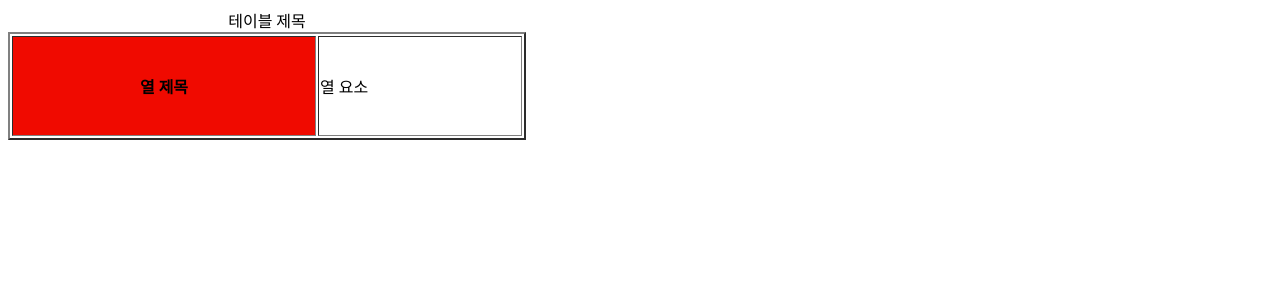
Repository: Leewonhoo/kostaweb
Page: Web_hello/WebContent/table.html
The author's editor kept a copy of each file at every save. The page is drawn from the files as they stood at one save, then again after the next save.
The browser window is 1280 px wide. The pictures show the whole page.

Above is the page before, as saved 2017-09-08 05:24:40.

After the next save:
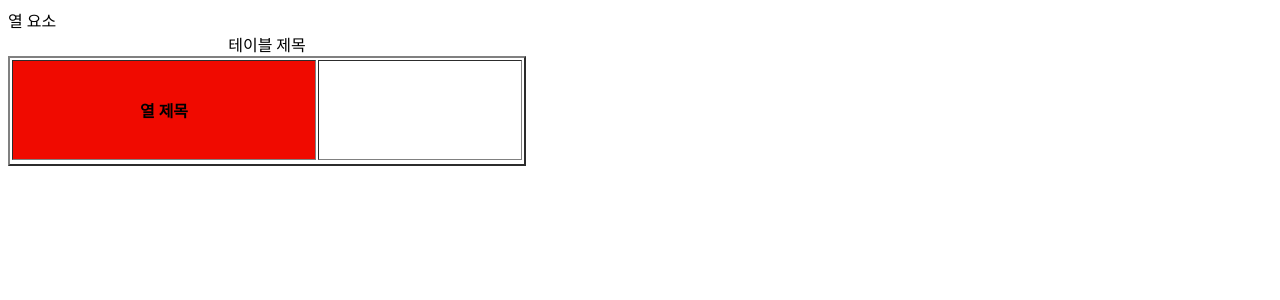
Saved 3 min 32 s later.
--- a/Web_hello/WebContent/table.html
+++ b/Web_hello/WebContent/table.html
@@ -6,13 +6,13 @@
 </head>
 <body>
 	<!-- 테이블 -->
-	<table border="2"> <!-- 테이블 굵기 -->
+	<table border="2">
+		<!-- 테이블 굵기 -->
 		<caption>테이블 제목</caption>
-		<tr height="100px"> <!-- 테이블 행  -->
+		<tr height="100px">
+			<!-- 테이블 행  -->
 			<th width="300px" bgcolor="#F00A0">열 제목</th>
-			<td width="200px"
-			>열 요소</td>
-		</tr>
-	</table>
+			<td width="200px">
+		<tr>열 요소</table>
 </body>
 </html>

After the save that followed:
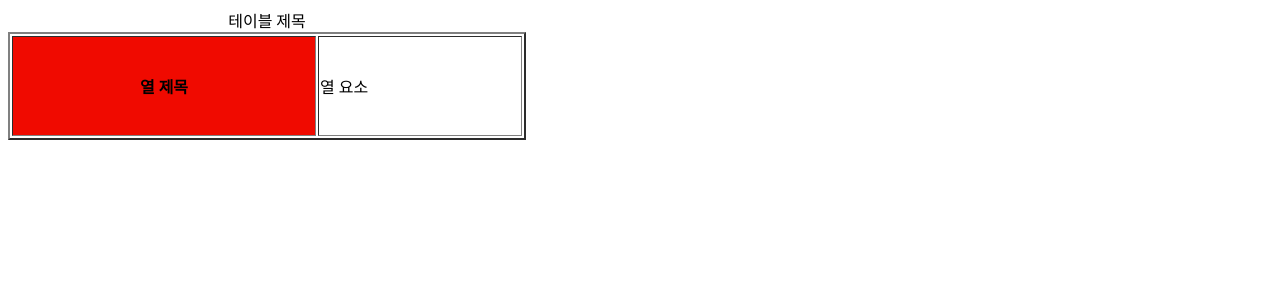
Saved 2 min 9 s later.
--- a/Web_hello/WebContent/table.html
+++ b/Web_hello/WebContent/table.html
@@ -6,13 +6,13 @@
 </head>
 <body>
 	<!-- 테이블 -->
-	<table border="2">
-		<!-- 테이블 굵기 -->
+	<table border="2"> <!-- 테이블 굵기 -->
 		<caption>테이블 제목</caption>
-		<tr height="100px">
-			<!-- 테이블 행  -->
+		<tr height="100px"> <!-- 테이블 행  -->
 			<th width="300px" bgcolor="#F00A0">열 제목</th>
-			<td width="200px">
-		<tr>열 요소</table>
+			<td width="200px"
+			>열 요소</td>
+		</tr>
+	</table>
 </body>
 </html>
